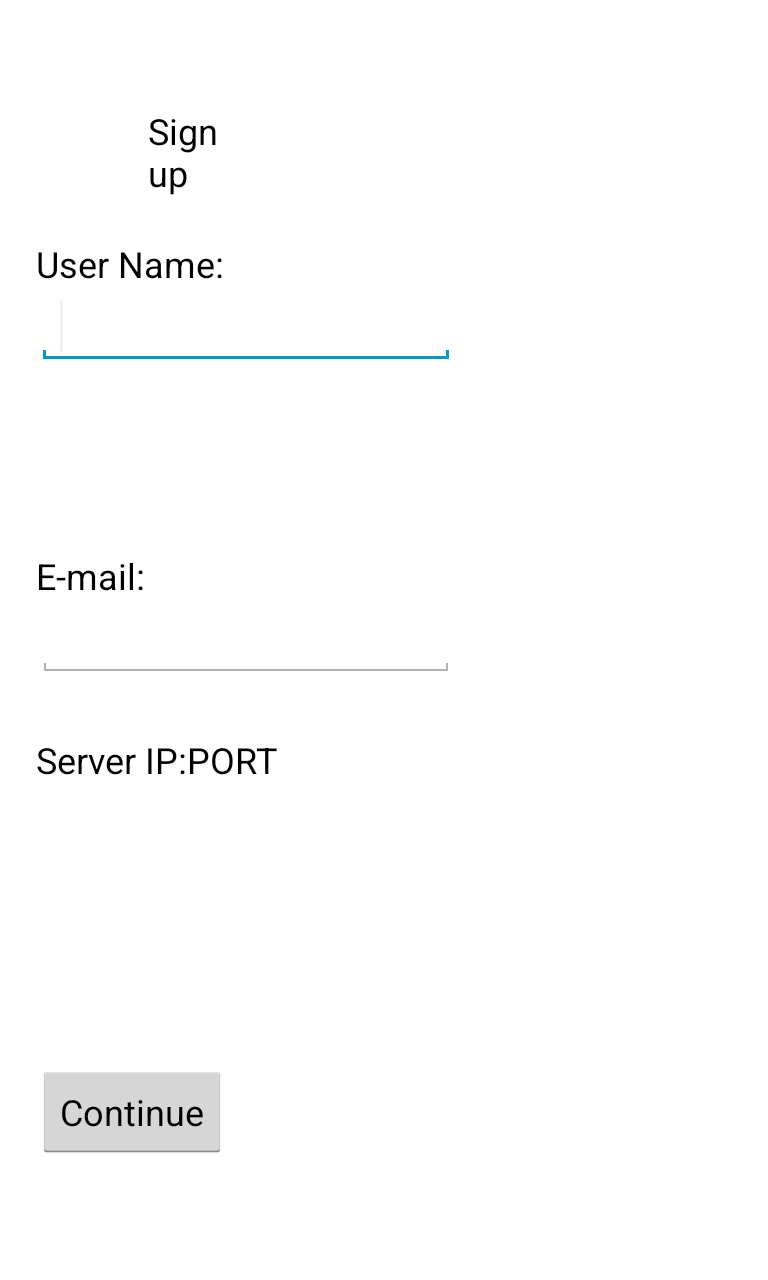
Repository: Teketel/hujeManiita
Layout: workspace/android/Besso/res/layout/activity_main.xml
The author's editor kept a copy of each file at every save. The layout is drawn from the files as they stood at one save, then again after the next save.
It is drawn on a 768 x 1280 px phone screen (xhdpi) without system bars, with theme AppTheme; the app's code is not run.

Above is the layout before, as saved 2013-02-18 19:33:57.

After the next save:
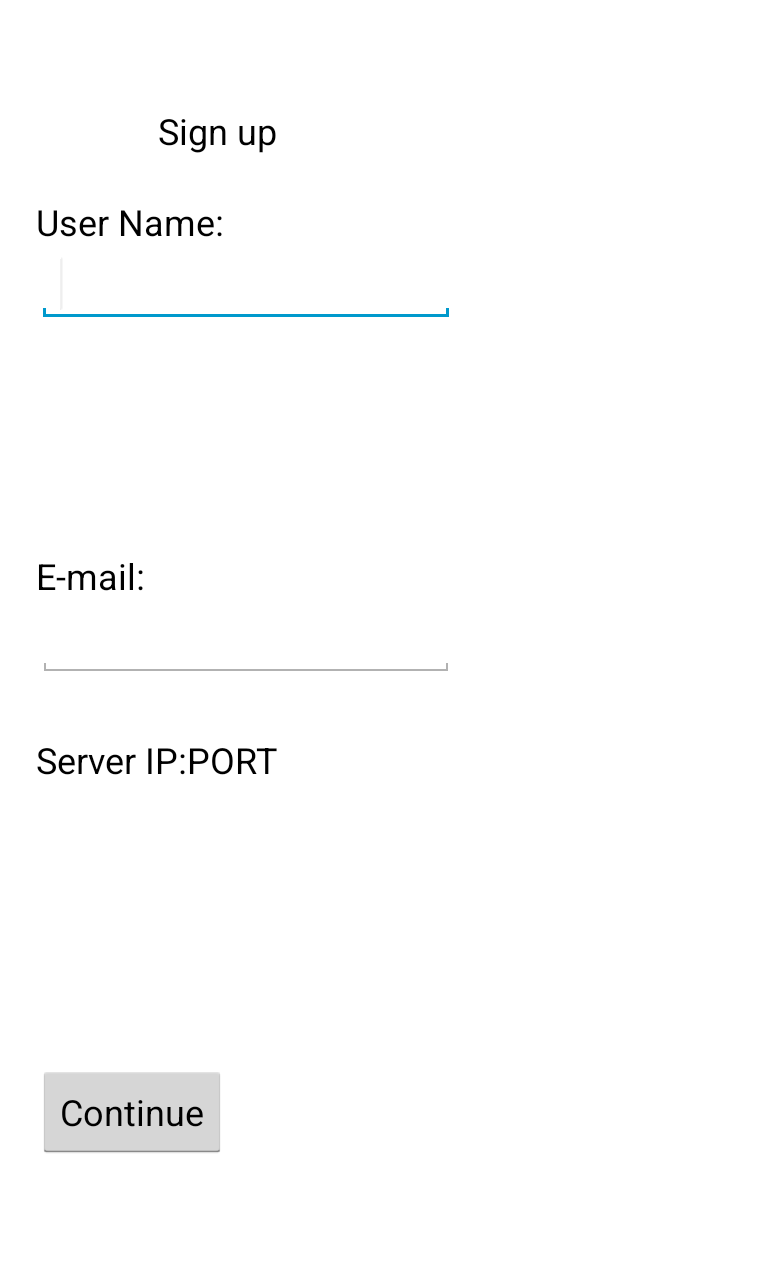
Saved 71 s later.
--- a/workspace/android/Besso/res/layout/activity_main.xml
+++ b/workspace/android/Besso/res/layout/activity_main.xml
@@ -26,7 +26,7 @@
         android:layout_height="wrap_content"
         android:layout_alignLeft="@+id/editText1"
         android:layout_alignParentTop="true"
-        android:layout_alignRight="@+id/button1"
+        android:layout_alignRight="@+id/ipTextView"
         android:layout_marginLeft="56dp"
         android:layout_marginTop="35dp"
         android:text="Sign up"

After the save that followed:
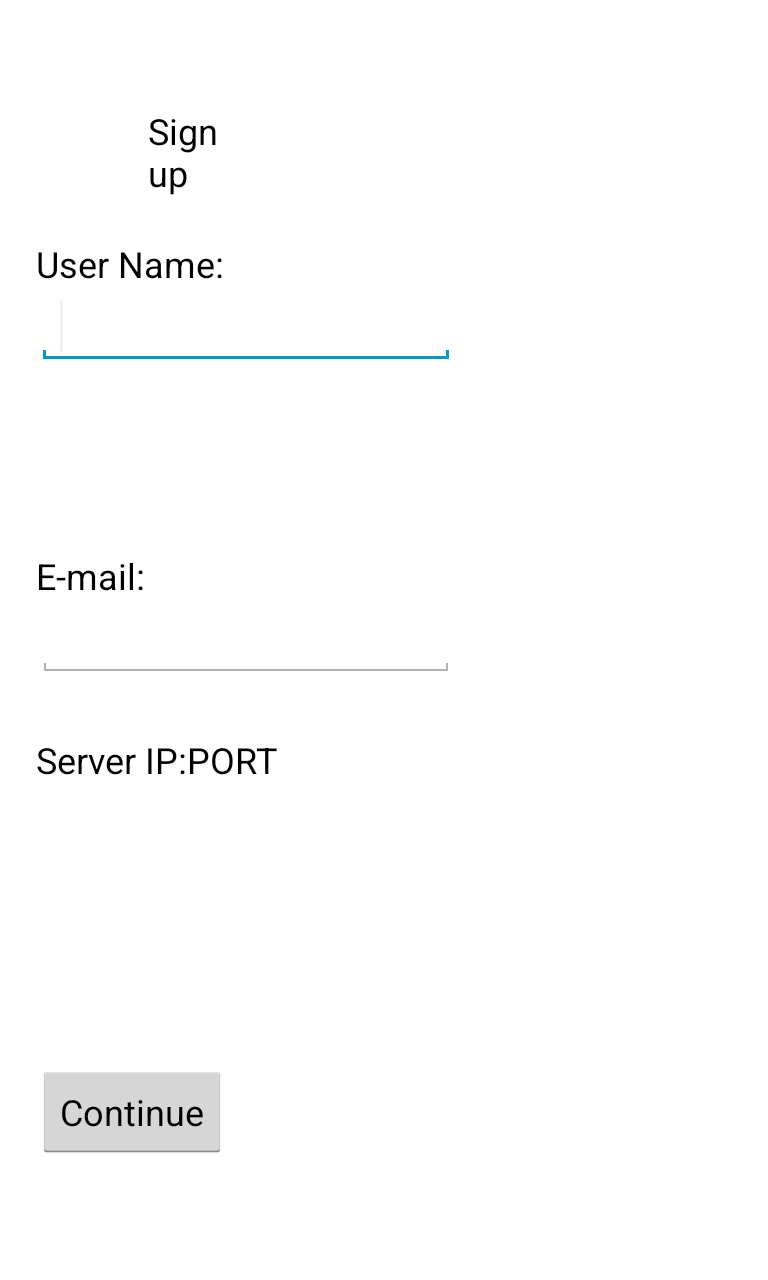
Saved 51 s later.
--- a/workspace/android/Besso/res/layout/activity_main.xml
+++ b/workspace/android/Besso/res/layout/activity_main.xml
@@ -26,7 +26,7 @@
         android:layout_height="wrap_content"
         android:layout_alignLeft="@+id/editText1"
         android:layout_alignParentTop="true"
-        android:layout_alignRight="@+id/ipTextView"
+        android:layout_alignRight="@+id/button1"
         android:layout_marginLeft="56dp"
         android:layout_marginTop="35dp"
         android:text="Sign up"
